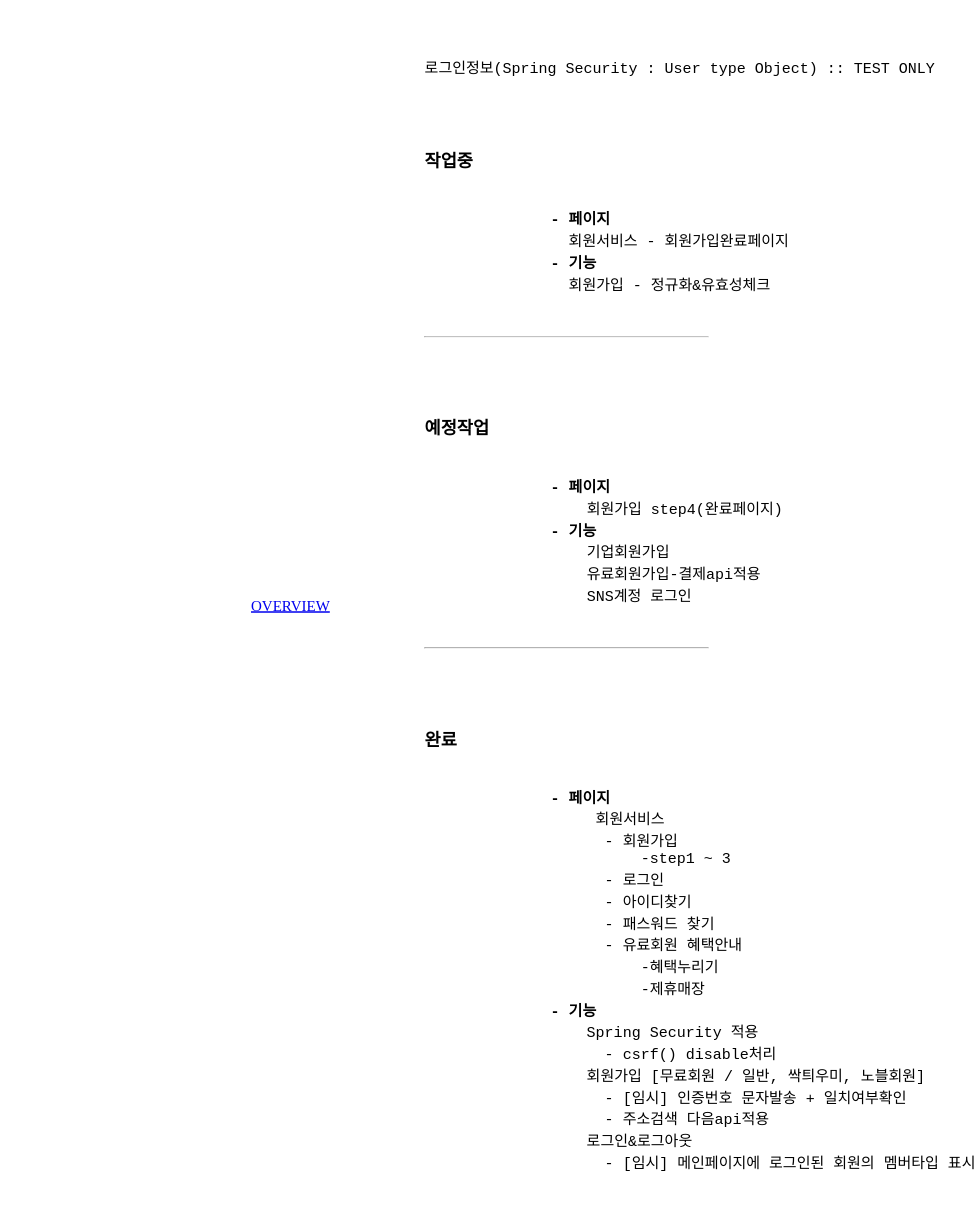
Repository: Seunghyun-N-OH/clone-sac
Page: src/main/resources/templates/index.html
These files come from the project's save history. The page is drawn as it stood at one moment and after the next save; the edit follows.
The browser window is 1280 px wide. The page is 1302 px wide, then 1292 px, so the pictures cover 1302 px, including what lies to the right of the window. The pictures show the whole page, at 75% of full size.

Above is the page before, as saved 2022-01-21 15:55:56.

After the next save:
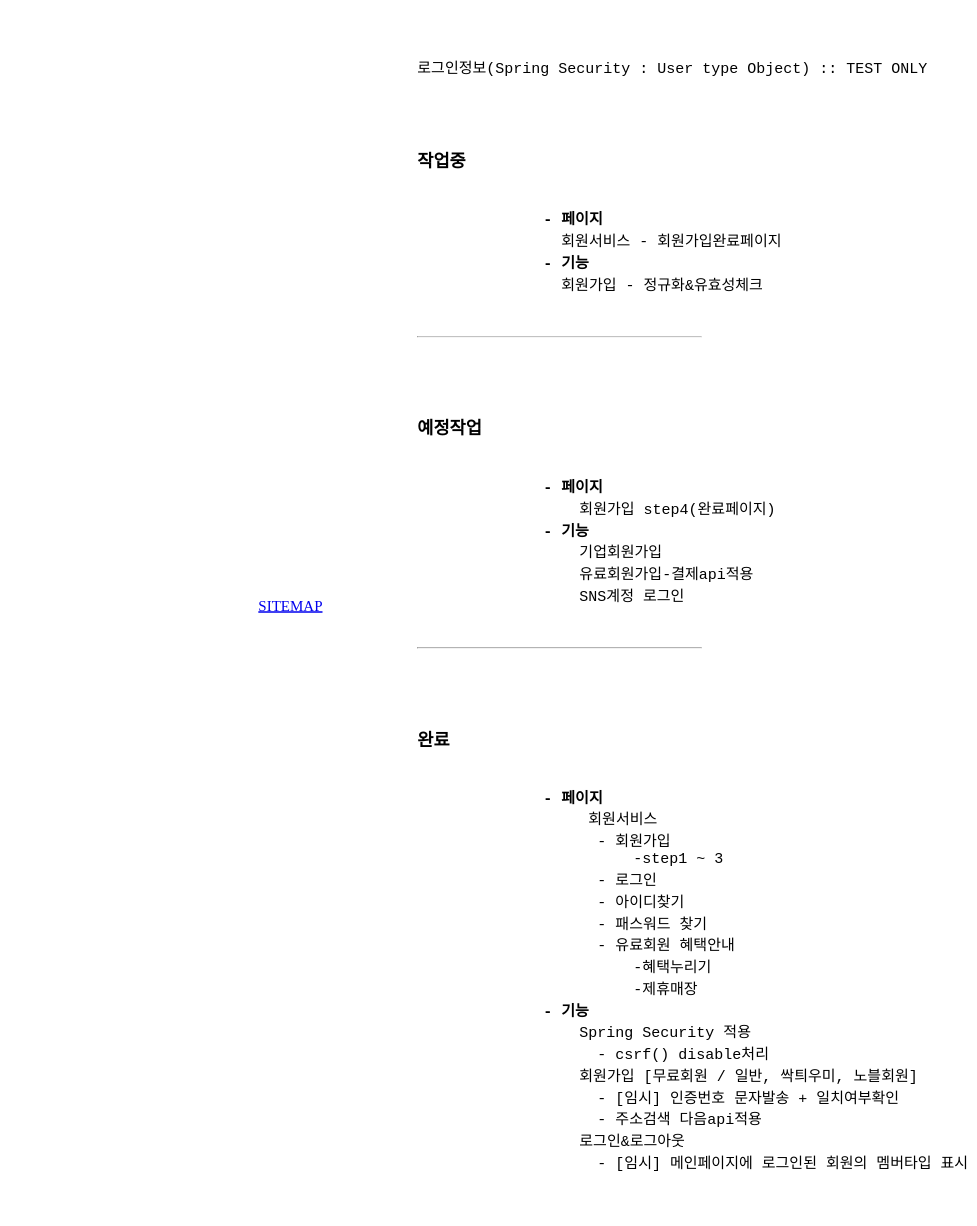
Saved 42 min 34 s later.
--- a/src/main/resources/templates/index.html
+++ b/src/main/resources/templates/index.html
@@ -9,7 +9,7 @@
       <main>
         <div class="pageContents" style="display:flex;justify-content: center; font-size : 20px;text-align: center;align-items: center;">
           <div style="margin-right : 10%">
-            <a href="/sitemap" class="red-border red-font">OVERVIEW</a>
+            <a href="/sitemap" class="red-border red-font">SITEMAP</a>
           </div>
           <pre style="width : 30%;text-align: left;">
 
